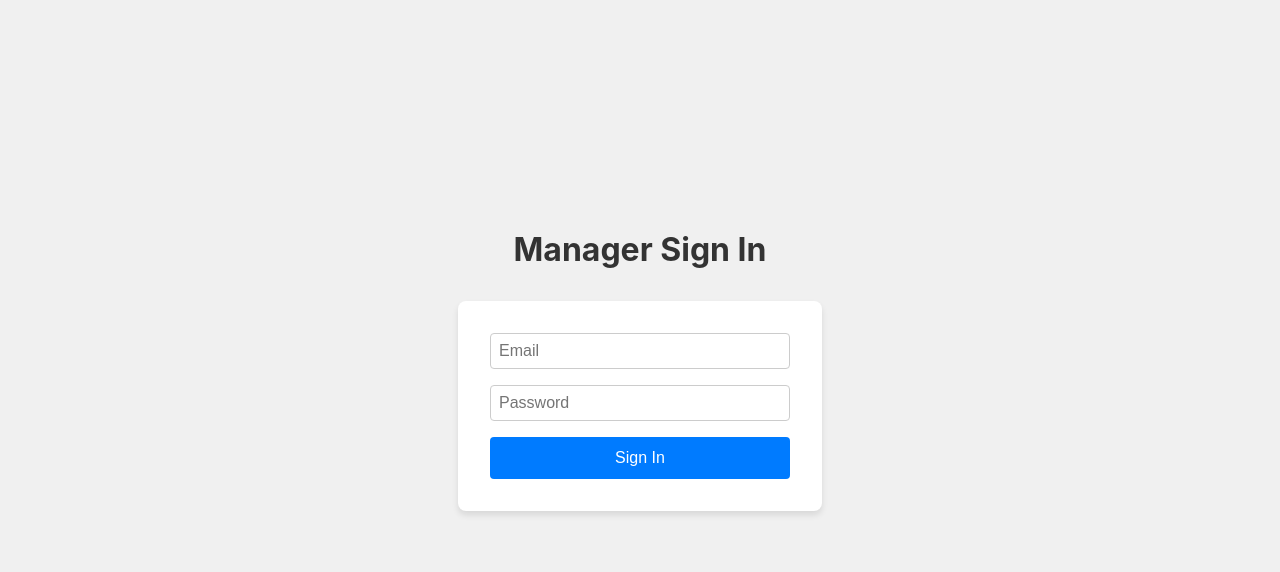
Repository: lasity34/waiter-scheduling-app
Page: /signin (app in waiter-app-frontend/)
The author's editor kept a copy of each file at every save. The page is drawn from the files as they stood at one save, then again after the next save.
The browser window is 1280 px wide. The pictures show the whole page.
The project was rebuilt for these pictures with package versions that can differ from the ones it lists, and the page was loaded fresh each time. Also part of the build but not shown: waiter-app-frontend/src/components/Home.tsx, waiter-app-frontend/src/components/WaiterDashboard.tsx, waiter-app-frontend/src/components/ManagerDashboard.tsx.

Above is the page before, as saved 2024-09-10 15:01:55.

### waiter-app-frontend/public/index.html
<!DOCTYPE html>
<html lang="en">
  <head>
    <meta charset="utf-8" />

    <meta name="viewport" content="width=device-width, initial-scale=1" />
    <meta name="theme-color" content="#000000" />
    <meta
      name="description"
      content="Web site created using create-react-app"
    />

    <!--
      manifest.json provides metadata used when your web app is installed on a
      user's mobile device or desktop. See https://developers.google.com/web/fundamentals/web-app-manifest/
    -->
    <link rel="manifest" href="%PUBLIC_URL%/manifest.json" />
    <!--
      Notice the use of %PUBLIC_URL% in the tags above.
      It will be replaced with the URL of the `public` folder during the build.
      Only files inside the `public` folder can be referenced from the HTML.

      Unlike "/favicon.ico" or "favicon.ico", "%PUBLIC_URL%/favicon.ico" will
      work correctly both with client-side routing and a non-root public URL.
      Learn how to configure a non-root public URL by running `npm run build`.
    -->
    <title>Waiter Schedule</title>
  </head>
  <body>
    <noscript>You need to enable JavaScript to run this app.</noscript>
    <div id="root"></div>
    <!--
      This HTML file is a template.
      If you open it directly in the browser, you will see an empty page.

      You can add webfonts, meta tags, or analytics to this file.
      The build step will place the bundled scripts into the <body> tag.

      To begin the development, run `npm start` or `yarn start`.
      To create a production bundle, use `npm run build` or `yarn build`.
    -->
  </body>
</html>

### waiter-app-frontend/src/index.tsx
import React from 'react';
import ReactDOM from 'react-dom/client';
import { BrowserRouter as Router } from 'react-router-dom';
import './index.css';
import App from './App';
import reportWebVitals from './reportWebVitals';

const root = ReactDOM.createRoot(
  document.getElementById('root') as HTMLElement
);
root.render(
  <React.StrictMode>
    <Router>
      <App />
    </Router>
  </React.StrictMode>
);

reportWebVitals();

### waiter-app-frontend/src/App.tsx
import React from 'react';
import { Routes, Route } from 'react-router-dom';
import Home from './components/Home';
import SignIn from './components/Signin';
import WaiterDashboard from './components/WaiterDashboard';
import ManagerDashboard from './components/ManagerDashboard';

const App: React.FC = () => {
  return (
    <div className="App">
      <Routes>
        <Route path="/" element={<Home />} />
        <Route path="/signin" element={<SignIn />} />
        <Route path="/waiter-dashboard" element={<WaiterDashboard />} />
        <Route path="/manager-dashboard" element={<ManagerDashboard />} />
      </Routes>
    </div>
  );
};

export default App;

### waiter-app-frontend/src/components/Signin.tsx
import React, { useState } from 'react';
import { useLocation, useNavigate } from 'react-router-dom';
import styled from 'styled-components';

const SignInContainer = styled.div`
  display: flex;
  flex-direction: column;
  align-items: center;
  justify-content: center;
  height: 100vh;
  background-color: #f0f0f0;
`;

const Header = styled.h1`
  font-size: 2rem;
  color: #333;
  margin-bottom: 2rem;
`;

const StyledForm = styled.form`
  display: flex;
  flex-direction: column;
  width: 300px;
  background-color: white;
  padding: 2rem;
  border-radius: 8px;
  box-shadow: 0 4px 6px rgba(0, 0, 0, 0.1);
`;

const StyledInput = styled.input`
  margin-bottom: 1rem;
  padding: 0.5rem;
  font-size: 1rem;
  border: 1px solid #ccc;
  border-radius: 4px;
`;

const StyledButton = styled.button`
  padding: 0.75rem;
  font-size: 1rem;
  color: white;
  background-color: #007bff;
  border: none;
  border-radius: 4px;
  cursor: pointer;
  transition: background-color 0.3s ease;

  &:hover {
    background-color: #0056b3;
  }
`;

const SignIn: React.FC = () => {
  const [email, setEmail] = useState<string>('');
  const [password, setPassword] = useState<string>('');
  const location = useLocation();
  const navigate = useNavigate();
  const role = new URLSearchParams(location.search).get('role');

  const handleSubmit = (e: React.FormEvent<HTMLFormElement>) => {
    e.preventDefault();
    // Here you would typically handle authentication
    console.log('Sign in attempt:', { email, password, role });
    // Redirect based on role (for now, we'll just redirect without actual authentication)
    navigate(role === 'waiter' ? '/waiter-dashboard' : '/manager-dashboard');
  };

  return (
    <SignInContainer>
      <Header>{role === 'waiter' ? 'Waiter' : 'Manager'} Sign In</Header>
      <StyledForm onSubmit={handleSubmit}>
        <StyledInput
          type="email"
          placeholder="Email"
          value={email}
          onChange={(e) => setEmail(e.target.value)}
          required
        />
        <StyledInput
          type="password"
          placeholder="Password"
          value={password}
          onChange={(e) => setPassword(e.target.value)}
          required
        />
        <StyledButton type="submit">Sign In</StyledButton>
      </StyledForm>
    </SignInContainer>
  );
}

export default SignIn;

Loaded but not shown: waiter-app-frontend/src/index.css (common file); waiter-app-frontend/src/reportWebVitals.ts (common file)

After the next save:
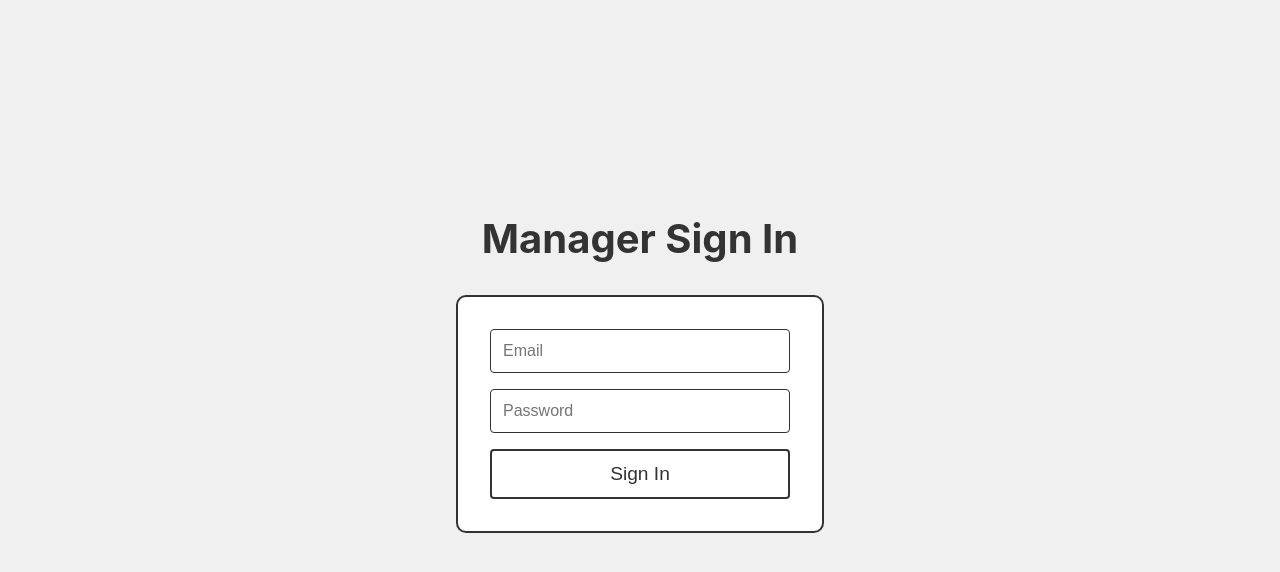
Saved 53 s later.
--- a/waiter-app-frontend/src/components/Signin.tsx
+++ b/waiter-app-frontend/src/components/Signin.tsx
@@ -12,7 +12,7 @@ const SignInContainer = styled.div`
 `;
 
 const Header = styled.h1`
-  font-size: 2rem;
+  font-size: 2.5rem;
   color: #333;
   margin-bottom: 2rem;
 `;
@@ -23,30 +23,32 @@ const StyledForm = styled.form`
   width: 300px;
   background-color: white;
   padding: 2rem;
-  border-radius: 8px;
-  box-shadow: 0 4px 6px rgba(0, 0, 0, 0.1);
+  border: 2px solid #333;
+  border-radius: 10px;
 `;
 
 const StyledInput = styled.input`
   margin-bottom: 1rem;
-  padding: 0.5rem;
+  padding: 0.75rem;
   font-size: 1rem;
-  border: 1px solid #ccc;
+  border: 1px solid #333;
   border-radius: 4px;
 `;
 
 const StyledButton = styled.button`
   padding: 0.75rem;
-  font-size: 1rem;
-  color: white;
-  background-color: #007bff;
-  border: none;
+  font-size: 1.2rem;
+  color: #333;
+  background-color: white;
+  border: 2px solid #333;
   border-radius: 4px;
   cursor: pointer;
-  transition: background-color 0.3s ease;
+  transition: all 0.3s ease;
 
   &:hover {
-    background-color: #0056b3;
+    background-color: #f8f8f8;
+    transform: translateY(-2px);
+    box-shadow: 0 2px 5px rgba(0,0,0,0.1);
   }
 `;
 
